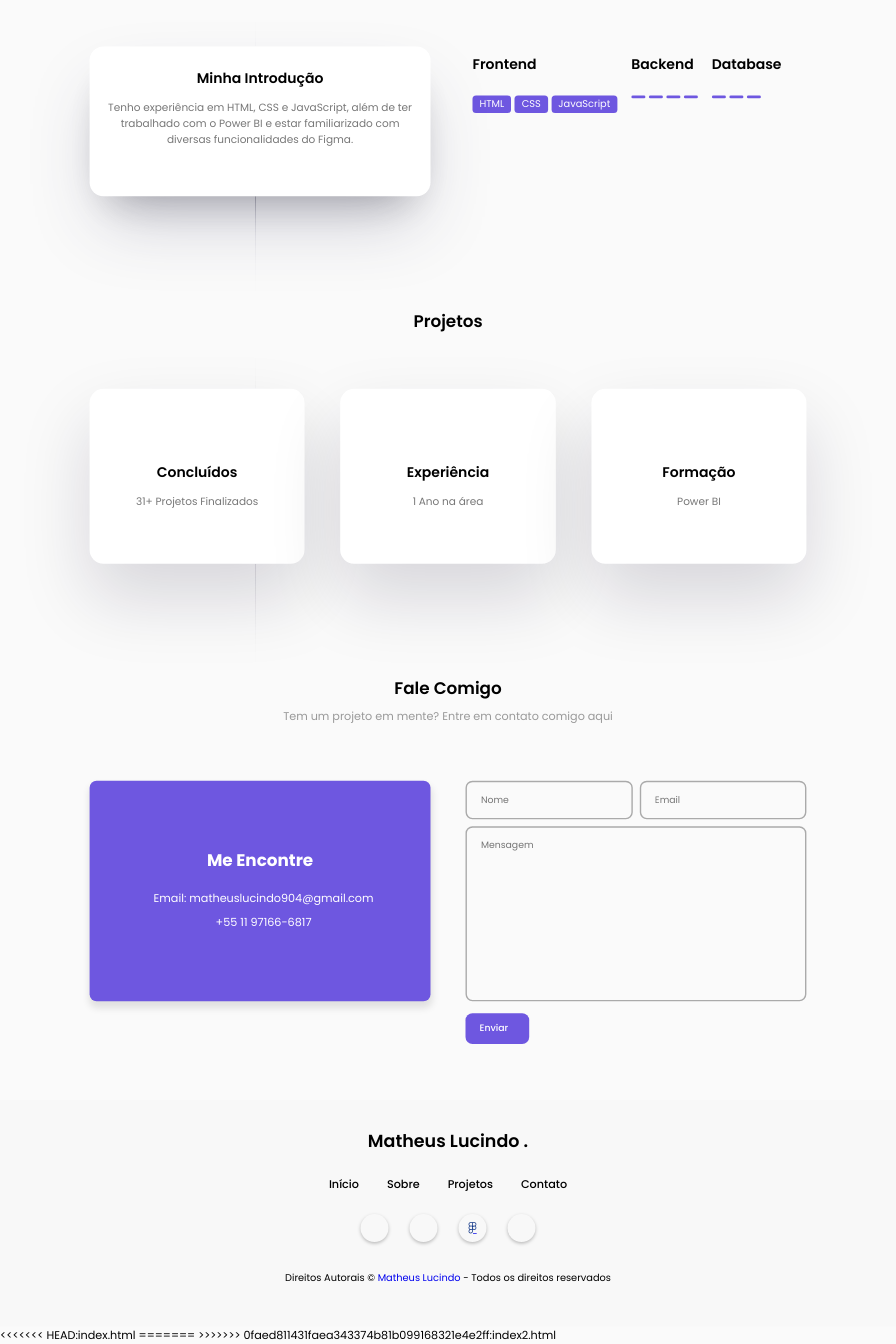
Repository: Matheus904-12/PrePortf
Page: index2.html
The author's editor kept a copy of each file at every save. The page is drawn from the files as they stood at one save, then again after the next save.
The browser window is 1280 px wide. The pictures show the part of the page from y = 849 to 2769 px (the page is 2769 px tall before and 2744 px after), at 70% of full size.
Some icons come from a web library that is not loaded, so they are not drawn. Some web libraries are served in a nearby version.

Above is the page before, as saved 2023-10-03 18:14:39.
Console error: SyntaxError: Identifier 'typingEffect' has already been declared

### index2.html
<!DOCTYPE html>
<html lang="pt-br">

<head>
    <meta charset="UTF-8">
    <meta name="viewport" content="width=device-width, initial-scale=1.0">

    <!-- UNICONS -->
    <link rel="stylesheet" href="https://unicons.iconscout.com/release/v4.0.8/css/line.css">
    <!-- CSS -->
    <link rel="stylesheet" href="style.css">
    <!-- Add favicon -->
    <link rel="shortcut icon" href="assets/images/favicon.png" type="image/x-icon">

    <script src="https://kit.fontawesome.com/fd29053194.js" crossorigin="anonymous"></script>

    <title>Portfolio | Codingdev</title>
</head>

<body>
    <div class="container">
        <!-- --------------- CABEÇALHO --------------- -->
        <nav id="header">
            <div class="nav-logo">
                <p class="nav-name">Lucindo</p>
                <span>.</span>
            </div>
            <div class="nav-menu" id="myNavMenu">
                <ul class="nav_menu_list">
                    <li class="nav_list">
                        <a href="#home" class="nav-link active-link">Início</a>
                        <div class="circle"></div>
                    </li>
                    <li class="nav_list">
                        <a href="#about" class="nav-link">Sobre</a>
                        <div class="circle"></div>
                    </li>
                    <li class="nav_list">
                        <a href="#projects" class="nav-link">Projetos</a>
                        <div class="circle"></div>
                    </li>
                    <li class="nav_list">
                        <a href="#contact" class="nav-link">Contato</a>
                        <div class="circle"></div>
                    </li>
                </ul>
            </div>
            <div class="nav-menu-btn">
                <i class="uil uil-bars" onclick="myMenuFunction()"></i>
            </div>
        </nav>


        <!-- -------------- PRINCIPAL ---------------- -->
        <main class="wrapper">
            <!-- -------------- DESTAQUE ---------------- -->
            <section class="featured-box" id="home">
                <div class="featured-text">
                    <div class="featured-text-card">
                        <span>Matheus Lucindo</span>
                    </div>
                    <div class="featured-name">
                        <p>Eu sou <span class="typedText"></span></p>
                    </div>
                    <div class="featured-text-info">
                        <p>Desenvolvedor frontend experiente com paixão por criar sites visualmente
                            impressionantes e fáceis de usar.
                        </p>
                    </div>
                    <div class="social_icons">
                        <a href="https://www.instagram.com/matheus_lucindo/" target="_blank" class="icon"><i class="uil uil-instagram"></i></a>
                        <a href="https://www.linkedin.com/in/matheus-lucindo-b35b68190/" target="_blank" class="icon"><i class="uil uil-linkedin-alt"></i></a>
                        <a href="https://www.figma.com/@myprojets" target="_blank" class="icon"><i class="fa-brands fa-figma" style="color: #00297f;"></i></a>
                        <a href="https://github.com/Matheus904-12" target="_blank" class="icon"><i class="uil uil-github-alt"></i></a>
                    </div>
                </div>
                <div class="featured-image">
                    <div class="image">
                        <img src=".png" alt="avatar">
                    </div>
                </div>
                <div class="scroll-icon-box">
                    <a href="#about" class="scroll-btn">
                        <i class="uil uil-mouse-alt"></i>
                        <p>Role para baixo</p>
                    </a>
                </div>

            </section>
            <!-- -------------- SOBRE ---------------- -->
            <section class="section" id="about">
                <div class="top-header">
                    <h1>Sobre Mim</h1>
                </div>
                <div class="row">
                    <div class="col">
                        <div class="about-info">
                            <h3>Minha Introdução</h3>
                            <p><p>Tenho experiência em HTML, CSS e JavaScript, além de ter trabalhado com o Power BI e estar familiarizado com diversas funcionalidades do Figma.</p>
                            </p>

                        </div>
                    </div>
                    <div class="col">
                        <div class="skills-box">
                            <div class="skills-header">
                                <h3>Frontend</h3>
                            </div>
                            <div class="skills-list">
                                <span>HTML</span>
                                <span>CSS</span>
                                <span>JavaScript</span>
                            </div>
                        </div>
                        <div class="skills-box">
                            <div class="skills-header">
                                <h3>Backend</h3>
                            </div>
                            <div class="skills-list">
                                <span></span>
                                <span></span>
                                <span></span>
                                <span></span>
                            </div>
                        </div>
                        <div class="skills-box">
                            <div class="skills-header">
                                <h3>Database</h3>
                            </div>
                            <div class="skills-list">
                                <span></span>
                                <span></span>
                                <span></span>
                            </div>
                        </div>
                    </div>
                </div>
            </section>

            <!-- -------------- PROJETOS ---------------- -->

            <section class="section" id="projects">
                <div class="top-header">
                    <h1>Projetos</h1>
                </div>
                <div class="project-container">
                    <div class="project-box">
                        <i class="uil uil-briefcase-alt"></i>
                        <h3>Concluídos</h3>
                        <label>31+ Projetos Finalizados</label>
                    </div>
                    <div class="project-box">
                        <i class="uil uil-award"></i>
                        <h3>Experiência</h3>
                        <label>1 Ano na área</label>
                    </div>
                    <div class="project-box">
                        <i class="uil uil-award"></i>
                        <h3>Formação</h3>
                        <label>Power BI</label>
                    </div>
                </div>
            </section>

            <!-- -------------- CONTATO ---------------- -->

            <section class="section" id="contact">
                <div class="top-header">
                    <h1>Fale Comigo</h1>
                    <span>Tem um projeto em mente? Entre em contato comigo aqui</span>
                </div>
                <div class="row">
                    <div class="col">
                        <div class="contact-info">
                            <h2>Me Encontre <i class="uil uil-corner-right-down"></i></h2>
                            <p><i class="uil uil-envelope"></i> Email: matheuslucindo904@gmail.com</p>
                            <p><i class="uil uil-phone"></i> +55 11 97166-6817</p>
                        </div>
                    </div>
                    <div class="col">
                        <div class="form-control">
                            <div class="form-inputs">
                                <input type="text" class="input-field" placeholder="Nome">
                                <input type="text" class="input-field" placeholder="Email">
                            </div>
                            <div class="text-area">
                                <textarea placeholder="Mensagem"></textarea>
                            </div>
                            <div class="form-button">
                                <button class="btn">Enviar <i class="uil uil-message"></i></button>
                            </div>
                        </div>
                    </div>
                </div>
            </section>

        </main>


        <!-- --------------- RODAPÉ --------------- -->
        <footer>
            <div class="top-footer">
                <p>Matheus Lucindo .</p>
            </div>
            <div class="middle-footer">
                <ul class="footer-menu">
                    <li class="footer_menu_list">
                        <a href="#home">Início</a>
                    </li>
                    <li class="footer_menu_list">
                        <a href="#about">Sobre</a>
                    </li>
                    <li class="footer_menu_list">
                        <a href="#projects">Projetos</a>
                    </li>
                    <li class="footer_menu_list">
                        <a href="#contact">Contato</a>
                    </li>
                </ul>
            </div>
            <div class="footer-social-icons">
                <div class="icon"><a href="https://www.instagram.com/matheus_lucindo/" target="_blank"><i class="uil uil-instagram"></i></a></div>
                <div class="icon"><a href="https://www.linkedin.com/in/matheus-lucindo-b35b68190/" target="_blank"><i class="uil uil-linkedin-alt"></i></a></div>
                <a href="https://www.figma.com/@myprojets" target="_blank" class="icon"><i class="fa-brands fa-figma" style="color: #00297f;"></i></a>
                <div class="icon"><a href="https://github.com/Matheus904-12" target="_blank"><i class="uil uil-github-alt"></i></a></div>
            </div>
            <div class="bottom-footer">
                <p>Direitos Autorais &copy; <a href="#home" style="text-decoration: none;">Matheus Lucindo</a> - Todos os direitos
                    reservados
                </p>
            </div>
        </footer>

    </div>

    <!-- ----- TYPING JS Link ----- -->
    <script src="https://unpkg.com/typed.js@2.0.16/dist/typed.umd.js"></script>

    <!-- ----- SCROLL REVEAL JS Link----- -->
    <script src="https://unpkg.com/scrollreveal"></script>

    <!-- ----- MAIN JS ----- -->
    <script src="script.js"></script>
</body>

</html>




    <!-- ----- TYPING JS Link ----- -->
    <script src="https://unpkg.com/typed.js@2.0.16/dist/typed.umd.js"></script>

    <!-- ----- SCROLL REVEAL JS Link----- -->
    <script src="https://unpkg.com/scrollreveal"></script>

    <!-- ----- MAIN JS ----- -->
    <script src="script.js"></script>
</body>

<<<<<<< HEAD:index.html
</html>
=======
</html>
>>>>>>> 0faed811431faea343374b81b099168321e4e2ff:index2.html

### style.css
/* ----- POPPINS FONT Link ----- */
@import url('https://fonts.googleapis.com/css2?family=Poppins:wght@400;500;600;700&display=swap');

/* ----- VARIABLES ----- */
:root{
    --body-color: #fafafa;
    --color-white: #ffffff;

    --text-color-second: #000000;
    --text-color-third: #6e57e0;

    --first-color: rgb(110, 87, 224);
    --first-color-hover: rgb(40, 91, 212);

    --second-color: #6e57e0;
    --third-color: #00297f;
    --first-shadow-color: rgba(0, 0, 0, 0.1);

}

/* ----- BASE ----- */
*{
    margin: 0;
    padding: 0;
    box-sizing: border-box;
    font-family: 'Poppins', sans-serif;
}

/* ----- SMOOTH SCROLL ----- */
html{
    scroll-behavior: smooth;
}

/* ----- CHANGE THE SCROLL BAR DESIGN ----- */
::-webkit-scrollbar{
    width: 10px;
    border-radius: 25px;
}
::-webkit-scrollbar-track{
    background: #f1f1f1;
}
::-webkit-scrollbar-thumb{
    background: #ccc;
    border-radius: 30px;
}
::-webkit-scrollbar-thumb:hover{
    background: #bbb;
}


/* ---##-- REUSABLE CSS --##--- */

/* ----- GLOBAL BUTTON DESIGN ----- */
.btn{
    font-weight: 500;
    padding: 12px 20px;
    background: #efefef;
    border: none;
    border-radius: 10px;
    cursor: pointer;
    transition: .4s;
}
.btn>i{
    margin-left: 10px;
}
.btn:hover{
    background: var(--second-color);
    color: var(--color-white);
}

/* ----- GLOBAL ICONS DESIGN ----- */
i{
    font-size: 16px;
}

/* ------- BASE -------- */
body{
    background: var(--body-color);
}
.container{
    width: 100%;
    position: relative;
    overflow-x: hidden; /* not mandatory */
}

/* ----- NAVIGATION BAR ----- */
nav{
    position: fixed;
    display: flex;
    justify-content: space-between;
    width: 100%;
    height: 90px;
    line-height: 90px;
    background: var(--body-color);
    padding-inline: 9vw;
    transition: .3s;
    z-index: 100;
}
.nav-logo{
   position: relative;
}
.nav-name{
    font-size: 30px;
    font-weight: 600;
    color: var(--text-color-third);
}
.nav-logo span{
    position: absolute;
    top: -15px;
    right: -20px;
    font-size: 5em;
    color: var(--text-color-second);
}
.nav-menu, .nav_menu_list{
    display: flex;
}
.nav-menu .nav_list{
    list-style: none;
    position: relative;
}
.nav-link{
    text-decoration: none;
    color: var(--text-color-second);
    font-weight: 500;
    padding-inline: 15px;
    margin-inline: 20px;
}
.nav-menu-btn{
    display: none;
}
.nav-menu-btn i{
    font-size: 28px;
    cursor: pointer;
}
.active-link{
    position: relative;
    color: var(--first-color);
    transition: .3;
}
.active-link::after{
    content: '';
    position: absolute;
    left: 50%;
    bottom: -15px;
    transform: translate(-50%, -50%);
    width: 5px;
    height: 5px;
    background: var(--first-color);
    border-radius: 50%;
}


/* ----- WRAPPER DESIGN ----- */
.wrapper{
    padding-inline: 10vw;
}

/* ----- FEATURED BOX ----- */
.featured-box{
    position: relative;
    display: flex;
    height: 100vh;
    min-height: 700px;
}

/* ----- FEATURED TEXT BOX ----- */
.featured-text{
    position: relative;
    display: flex;
    justify-content: center;
    align-content: center;
    min-height: 80vh;
    flex-direction: column;
    width: 50%;
    padding-left: 20px;
}
.featured-text-card span{
    background: var(--third-color);
    color: var(--color-white);
    padding: 3px 8px;
    font-size: 12px;
    border-radius: 5px;
}
.featured-name{
    font-size: 50px;
    font-weight: 600;
    color: var(--text-color-second);
    margin-block: 20px;
}
.typedText{
    text-transform: capitalize;
    color: var(--text-color-third);
}
.featured-text-info{
    font-size: 15px;
    margin-bottom: 30px;
    color: var(--text-color-second);
}
.featured-text-btn{
    display: flex;
    gap: 20px;
}
.featured-text-btn>.blue-btn{
    background: var(--first-color);
    color: var(--color-white);
}
.featured-text-btn>.blue-btn:hover{
    background: var(--first-color-hover);
}
.social_icons{
    display: flex;
    margin-top: 5em;
    gap: 30px;
}
.icon{
    display: flex;
    justify-content: center;
    align-items: center;
    width: 40px;
    height: 40px;
    border-radius: 50%;
    box-shadow: 0px 2px 5px 0px rgba(0, 0, 0, 0.25);
    cursor: pointer;
}
.icon:hover{
    color: var(--first-color);
}

/* ----- FEATURED IMAGE BOX ----- */
.featured-image{
    display: flex;
    justify-content: right;
    align-content: center;
    min-height: 80vh;
    width: 50%;
}
.image{
    margin: auto 0;
    width: 380px;
    height: 380px;
    animation: imgFloat 7s ease-in-out infinite;
}
.image img{
    width: 380px;
    height: 380px;
    object-fit: contain;
}
@keyframes imgFloat {
    50%{
        transform: translateY(10px);
    }
}
.scroll-btn{
   position: absolute;
   bottom: 0;
   left: 50%;
   translate: -50%;
   display: flex;
   justify-content: center;
   align-items: center;
   width: 150px;
   height: 50px;
   gap: 5px;
   text-decoration: none;
   color: var(--text-color-second);
   background: var(--color-white);
   border-radius: 30px;
   box-shadow: 0 2px 5px 0 rgba(0, 0, 0, 0.25);
}
.scroll-btn i{
    font-size: 20px;
}

/* ----- MAIN BOX ----- */
.section{
    padding-block: 5em;
}
.row{
    display: flex;
    justify-content: space-between;
    width: 100%;
    gap: 50px;
}
.col{
    display: flex;
    width: 50%;
}

/* -- ## --- RESUABLE CSS -- ## -- */
.top-header{
    text-align: center;
    margin-bottom: 5em;
}
.top-header h1{
    font-weight: 600;
    color: var(--text-color-second);
    margin-bottom: 10px;
}
.top-header span{
    color: #999;
}
h3{
    font-size: 20px;
    font-weight: 600;
    color: var(--text-color-second);
    margin-bottom: 15px;
}

/* ----- ABOUT INFO ----- */
.about-info{
    position: relative;
    display: flex;
    align-items: center;
    flex-direction: column;
    padding-block: 30px 70px;
    padding-inline: 20px;
    width: 100%;
    background: var(--color-white);
    box-shadow: rgba(50, 50, 93, 0.25) 0px 50px 100px -20px, rgba(0, 0, 0, 0.3) 0px 30px 60px -30px;
    border-radius: 20px;
}
.about-info p{
    text-align: center;
    font-size: 15px;
    color: #777;
}
.about-btn button{
    position: absolute;
    right: 20px;
    bottom: 20px;
    background: var(--first-color);
    color: var(--color-white);
    border-radius: 30px;
}
.about-btn button:hover{
    background: var(--first-color-hover);
}

/* ----- ABOUT / SKILLS BOX ----- */
.skills-box{
    margin: 10px;
}
.skills-header{
    margin-bottom: 30px;
}
.skills-list{
    display: flex;
    flex-wrap: wrap;
    gap: 5px;
}
.skills-list span{
    font-size: 14px;
    background: var(--first-color);
    color: var(--color-white);
    padding: 2px 10px;
    border-radius: 5px;
}

/* ----- PROJECTS BOX ----- */
.project-container{
    display: flex;
    width: 100%;
    justify-content: space-between;
    gap: 20px;
    flex-wrap: wrap;
}
.project-box{
    position: relative;
    display: flex;
    justify-content: center;
    align-items: center;
    flex-direction: column;
    width: 30%;
    height: 250px;
    background: var(--color-white);
    border-radius: 20px;
    box-shadow: rgba(17, 12, 46, 0.15) 0px 48px 100px 0px;
    overflow: hidden;
}
.project-box>i{
    font-size: 50px;
    color: #00B5E7;
    margin-bottom: 25px;
}
.project-box label{
    font-size: 15px;
    color: #777;
}
.project-box::after, .contact-info::after{
    content: "";
    position: absolute;
    bottom: -100%;
    background: var(--second-color);
    width: 100%;
    height: 100%;
    transition: .4s;
    z-index: 1;
}
.project-box:hover.project-box::after,
.contact-info:hover.contact-info::after{
    bottom: 0;
}
.project-box:hover.project-box i,
.project-box:hover.project-box>h3,
.project-box:hover.project-box>label{
    color: var(--color-white);
    z-index: 2;
}

/* ----- CONTACT BOX ----- */
.contact-info{
    position: relative;
    display: flex;
    flex-direction: column;
    justify-content: center;
    align-items: center;
    padding: 20px 30px;
    width: 100%;
    height: 315px;
    background: var(--second-color);
    border-radius: 10px;
    box-shadow: 1px 8px 10px 2px var(--first-shadow-color);
    overflow: hidden;
}
.contact-info>h2{
    color: var(--color-white);
    margin-bottom: 20px;
}
.contact-info>p{
    display: flex;
    align-items: center;
    gap: 10px;
    color: var(--color-white);
    margin-block: 5px;
}
.contact-info p>i{
    font-size: 18px;
}
.contact-info::after{
    background: var(--color-white);
}
.contact-info:hover.contact-info h2,
.contact-info:hover.contact-info p,
.contact-info:hover.contact-info i{
    color: #777;
    z-index: 2;
}

/* ----- CONTACT FORM ----- */
.form-control{
    display: flex;
    flex-direction: column;
    gap: 10px;
    width: 100%;
}
.form-inputs{
    display: flex;
    gap: 10px;
    width: 100%;
}
.input-field{
    width: 50%;
    height: 55px;
    background: transparent;
    border: 2px solid #AAA;
    border-radius: 10px;
    padding-inline: 20px;
    outline: none;
}
textarea{
    width: 100%;
    height: 250px;
    background: transparent;
    border: 2px solid #AAA;
    border-radius: 10px;
    padding: 15px 20px;
    outline: none;
    resize: none;
}
.form-button>.btn{
    display: flex;
    align-items: center;
    justify-content: center;
    background: var(--second-color);
    color: var(--color-white);
}
.form-button>.btn:hover{
    background: #00B5E7;
}
.form-button i{
    font-size: 18px;
    rotate: -45deg;
}

/* ----- FOOTER BOX ----- */
footer{
    display: flex;
    justify-content: center;
    align-items: center;
    flex-direction: column;
    row-gap: 30px;
    background: #F8F8F8;
    padding-block: 40px 60px;
}
.top-footer p{
    font-size: 25px;
    font-weight: 600;
}
.middle-footer .footer-menu{
    display: flex;
}
.footer_menu_list{
    list-style: none;
}
.footer_menu_list a{
    text-decoration: none;
    color: var(--text-color-second);
    font-weight: 500;
    margin-inline: 20px;
}
.footer-social-icons{
    display: flex;
    gap: 30px;
}
.bottom-footer{
    font-size: 14px;
    margin-top: 10px;
}


/* ----- MEDIA QUERY == 1024px / RESPONSIVE ----- */
@media only screen and (max-width: 1024px){
    .featured-text{
        padding: 0;
    }
    .image, .image img{
        width: 320px;
        height: 320px;
    }
}

/* ----- MEDIA QUERY == 900px / RESPONSIVE ----- */
@media only screen and (max-width: 900px) {
    .nav-button{
        display: none;
    }
    .nav-menu.responsive{
        left: 0;
    }
    .nav-menu{
        position: fixed;
        top: 80px;
        left: -100%;
        flex-direction: column;
        justify-content: center;
        align-items: center;
        background: rgba(255, 255, 255, 0.7);
        backdrop-filter: blur(20px);
        width: 100%;
        min-height: 450px;
        height: 90vh;
        transition: .3s;
    }
    .nav_menu_list{
        flex-direction: column;
    }
    .nav-menu-btn{
        display: flex;
        align-items: center;
        justify-content: center;
    }
    .featured-box{
        flex-direction: column;
        justify-content: center;
        height: 100vh;
    }
    .featured-text{
        width: 100%;
        order: 2;
        justify-content: center;
        align-content: flex-start;
        min-height: 60vh;
    }
    .social_icons{
        margin-top: 2em;
    }
    .featured-image{
        order: 1;
        justify-content: center;
        min-height: 150px;
        width: 100%;
        margin-top: 65px;
    }
    .image, .image img{
        width: 150px;
        height: 150px;
    }
    .row{
        display: flex;
        flex-direction: column;
        justify-content: center;
        gap: 50px;
    }
    .col{
        display: flex;
        justify-content: center;
        width: 100%;
    }
    .about-info, .contact-info{
        width: 100%;
    }
    .project-container{
        justify-content: center;
    }
    .project-box{
        width: 80%;
    }

}

/* ----- MEDIA QUERY == 540px / RESPONSIVE ----- */

@media only screen and (max-width: 540px){
    .featured-name{
        font-size: 40px;
    }
    .project-box{
        width: 100%;
    }
    .form-inputs{
        flex-direction: column;
    }
    .input-field{
        width: 100%;
    }
}

Loaded but not shown: script.js (117 lines, source omitted)

After the next save:
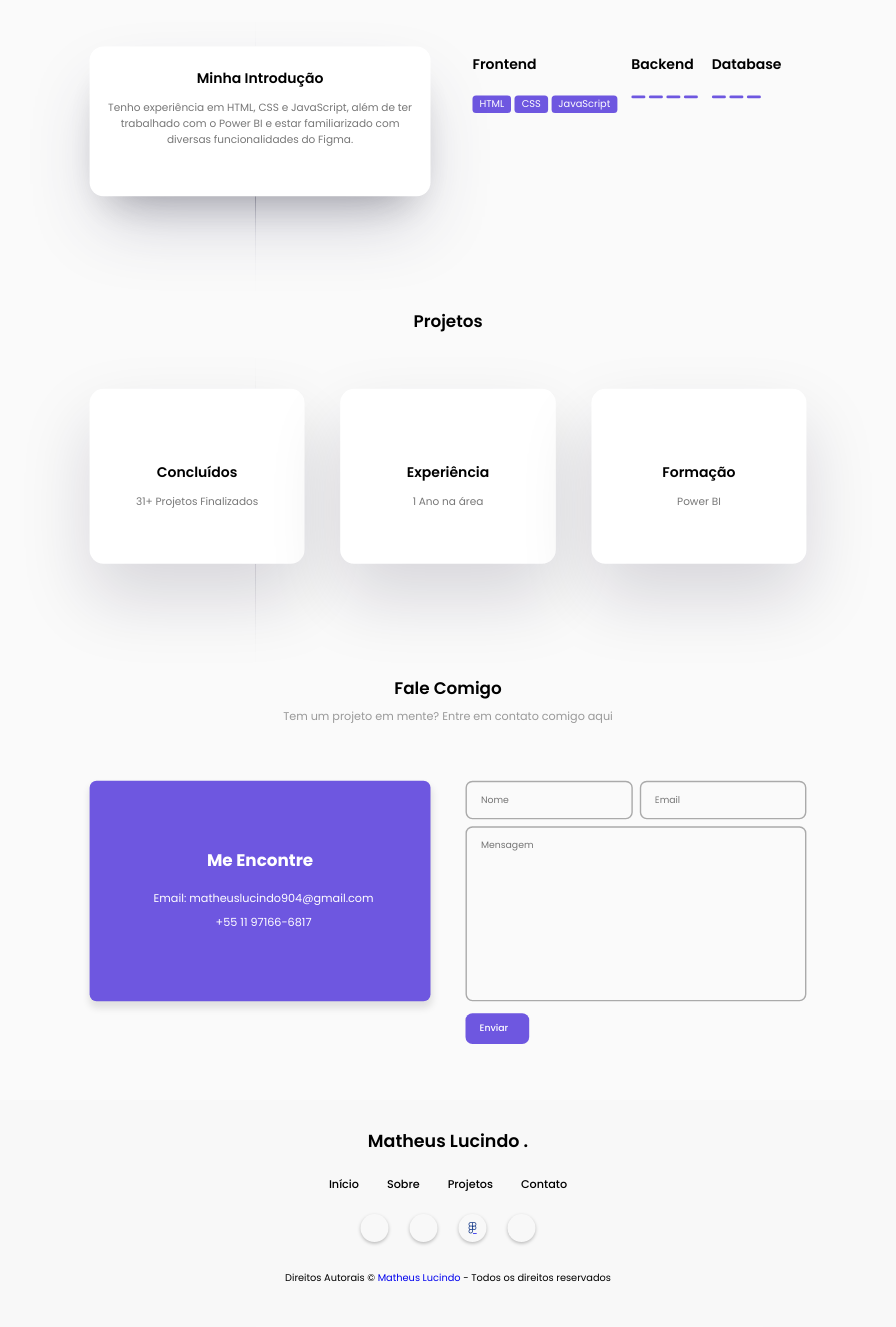
Saved 4 s later.
--- a/index2.html
+++ b/index2.html
@@ -258,8 +258,4 @@
     <script src="script.js"></script>
 </body>
 
-<<<<<<< HEAD:index.html
 </html>
-=======
-</html>
->>>>>>> 0faed811431faea343374b81b099168321e4e2ff:index2.html
